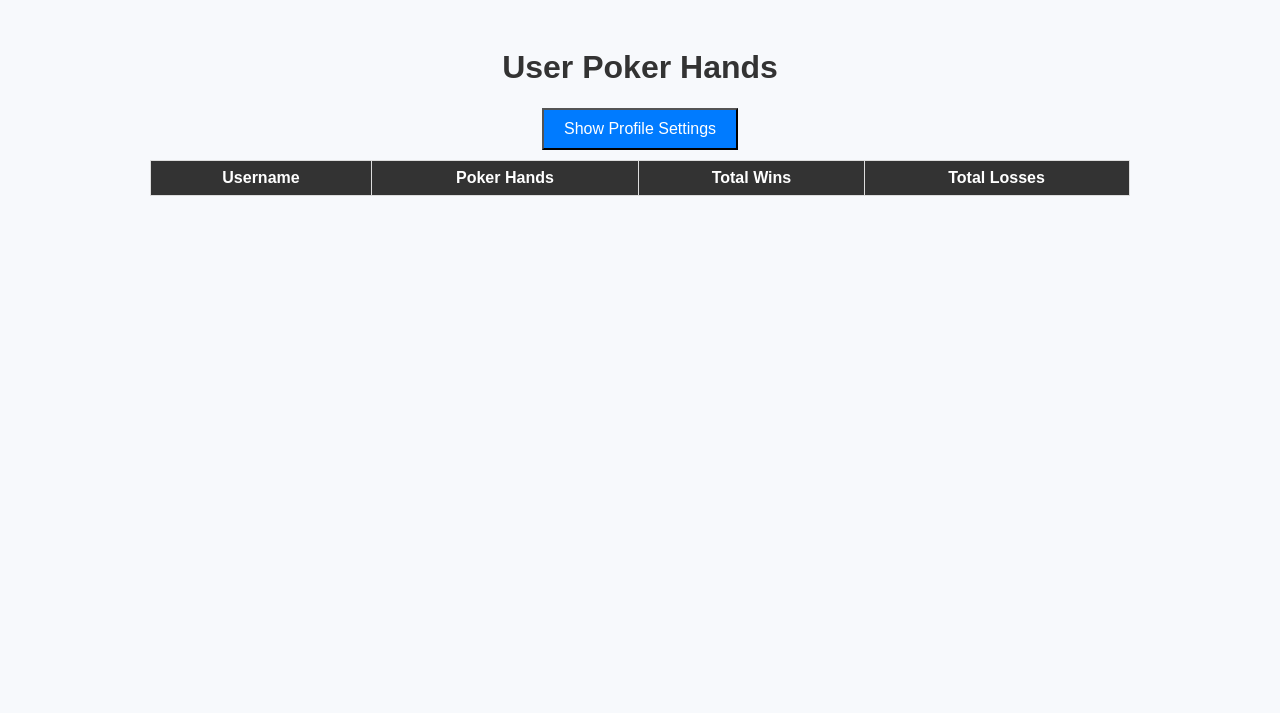
Repository: KidBillionaire/newapp
Page: public/index.html
The author's editor kept a copy of each file at every save. The page is drawn from the files as they stood at one save, then again after the next save.
The browser window is 1280 px wide. The pictures show the whole page.
The page's requests for data from a server got no answer.

Above is the page before, as saved 2024-10-10 16:05:41.

### public/index.html
<!DOCTYPE html>
<html lang="en">
<head>
  <meta charset="UTF-8">
  <meta name="viewport" content="width=device-width, initial-scale=1.0">
  <title>User Poker Hands</title>
  <link rel="stylesheet" href="styles.css"> <!-- Link to the external CSS file -->
  <script defer src="/js/app.js"></script> <!-- Link to frontend JS -->
</head>
<body>
  <h1>User Poker Hands</h1>

  <!-- Add a new button to show profile settings -->
  <button id="profileSettingsButton">Show Profile Settings</button>

  <!-- Table to display user data -->
  <table id="userTable" border="1">
    <thead>
      <tr>
        <th>Username</th>
        <th>Poker Hands</th>
        <th>Total Wins</th>
        <th>Total Losses</th>
      </tr>
    </thead>
    <tbody></tbody> <!-- This will be filled dynamically -->
  </table>

  <!-- Profile Settings Section (Initially Hidden) -->
  <div id="profileSettings" class="hidden">
    <h2>Profile Settings</h2>
    <form id="profileForm">
      <label for="newUsername">New Username:</label>
      <input type="text" id="newUsername" placeholder="Enter new username">
      <br><br>

      <label for="profilePicture">Profile Picture URL:</label>
      <input type="text" id="profilePicture" placeholder="Enter picture URL">
      <br><br>

      <label for="totalWins">Total Wins:</label>
      <input type="number" id="totalWins" placeholder="Total Wins">
      <br><br>

      <label for="totalLosses">Total Losses:</label>
      <input type="number" id="totalLosses" placeholder="Total Losses">
      <br><br>

      <button type="submit">Save Changes</button>
    </form>
  </div>
</body>
</html>

### public/styles.css
body {
    font-family: Arial, sans-serif;
    background-color: #f7f9fc;
    padding: 20px;
}

h1 {
    text-align: center;
    color: #333;
}

#userTable {
    width: 80%;
    margin: 0 auto;
    border-collapse: collapse;
}

#userTable th,
#userTable td {
    border: 1px solid #ddd;
    padding: 8px;
    text-align: center;
}

#userTable th {
    background-color: #333;
    color: white;
}

button {
    display: block;
    margin: 10px auto;
    padding: 10px 20px;
    font-size: 16px;
    cursor: pointer;
}

button:hover {
    background-color: #555;
    /* Darker background */
    color: #fff;
    /* White text */
}


.montserrat-title {
    font-family: 'Montserrat', sans-serif;
    font-weight: 700;
    /* strong title font */
}

.montserrat-body {
    font-family: 'Montserrat', sans-serif;
    font-weight: 400;
    /* normal body font */
}

.container {
    display: flex;
    justify-content: space-around;
    align-items: center;
}

:root {
    --primary-color: #333;
    --secondary-color: #007BFF;
    --background: #f7f9fc;
}

body {
    background: var(--background);
    color: var(--primary-color);
}

button {
    background-color: var(--secondary-color);
    color: white;
}

/* Profile Settings Section */
#profileSettings {
    margin: 20px auto;
    width: 50%;
    border: 1px solid #ddd;
    padding: 20px;
    background-color: #fff;
    box-shadow: 0 0 10px rgba(0, 0, 0, 0.1);
}

.hidden {
    display: none;
}

#profileSettings label {
    display: inline-block;
    width: 150px;
}

#profileSettings input {
    width: calc(100% - 160px);
    padding: 8px;
    margin: 8px 0;
}

#profileSettings button {
    width: 100%;
    padding: 10px;
    background-color: #333;
    color: white;
    border: none;
    cursor: pointer;
}

### public/js/app.js
document.addEventListener('DOMContentLoaded', () => {
  async function fetchUserData() {
    try {
      const response = await fetch('/users');
      const users = await response.json();
      const tableBody = document.querySelector('#userTable tbody');
      tableBody.innerHTML = ''; // Clear any previous content

      users.forEach(user => {
        const row = document.createElement('tr');
        row.innerHTML = `
          <td>${user.username}</td>
          <td>${user.pokerHands.map(hand => `${hand.hand} (${hand.result})`).join(', ')}</td>
          <td>${user.totalWins}</td>
          <td>${user.totalLosses}</td>
        `;
        tableBody.appendChild(row);
      });
    } catch (error) {
      console.error('Error fetching user data:', error);
    }
  }

  // Handle Reload Data Button
  const reloadButton = document.getElementById('profileSettingsButton');
  reloadButton.addEventListener('click', () => {
    const profileSettingsDiv = document.getElementById('profileSettings');
    profileSettingsDiv.classList.toggle('hidden'); // Toggle visibility
  });

  // Handle Profile Form Submission
  const profileForm = document.getElementById('profileForm');
  profileForm.addEventListener('submit', async (event) => {
    event.preventDefault();

    const newUsername = document.getElementById('newUsername').value;
    const profilePicture = document.getElementById('profilePicture').value;
    const totalWins = document.getElementById('totalWins').value;
    const totalLosses = document.getElementById('totalLosses').value;

    const updatedUser = {
      username: newUsername,
      profilePicture: profilePicture, // New field
      totalWins: parseInt(totalWins),
      totalLosses: parseInt(totalLosses),
    };

    try {
      const response = await fetch('/users', {
        method: 'POST',
        headers: { 'Content-Type': 'application/json' },
        body: JSON.stringify(updatedUser),
      });

      if (response.ok) {
        console.log('User updated successfully!');
        fetchUserData(); // Reload the data after updating
      } else {
        console.error('Failed to update user');
      }
    } catch (error) {
      console.error('Error updating user:', error);
    }

    // Clear the form
    profileForm.reset();
  });

  // Fetch the initial data when the page loads
  fetchUserData();
});

After the next save:
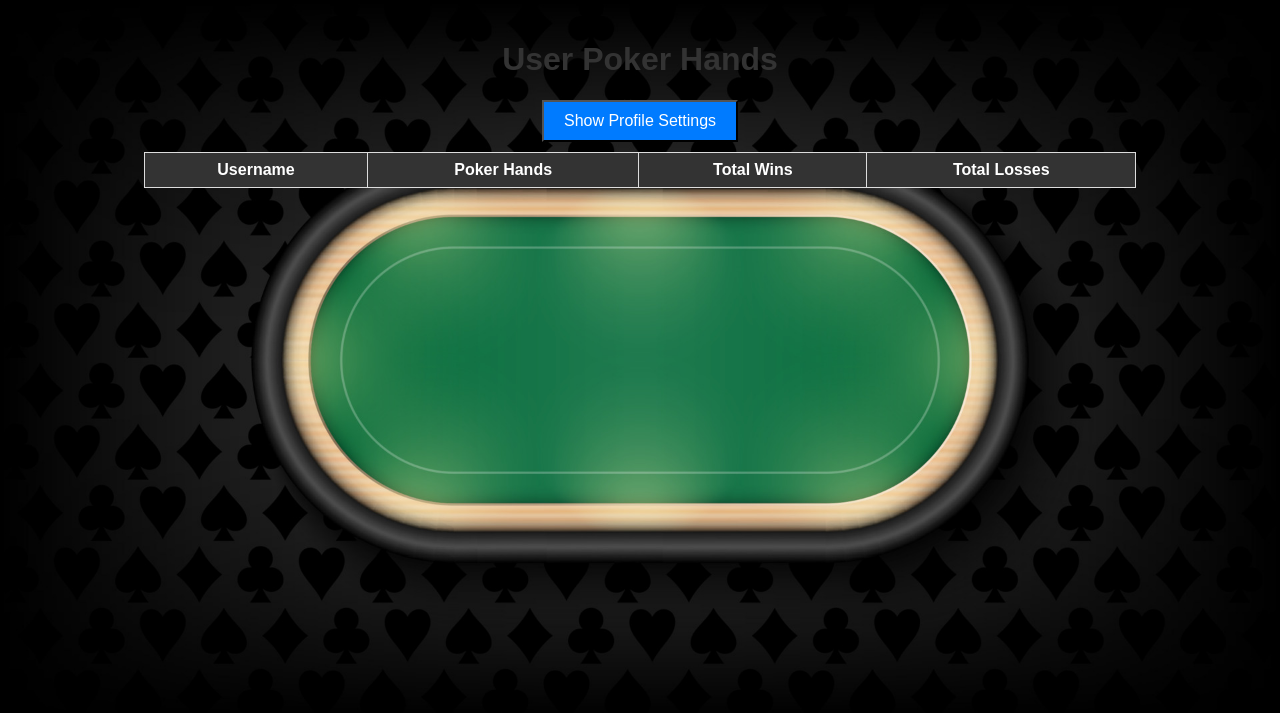
Saved 4 min 48 s later.
--- a/public/styles.css
+++ b/public/styles.css
@@ -110,3 +110,13 @@ button {
     border: none;
     cursor: pointer;
 }
+body {
+    font-family: Arial, sans-serif;
+    background-image: url('images/vecteezy_poker-table-green-cloth-on-dark-background-vector-illustration_6325236.jpg');
+    background-size: cover; /* Scale the image to cover the entire background */
+    background-repeat: no-repeat; /* Prevent the image from repeating */
+    background-position: center; /* Center the background image */
+    background-attachment: fixed; /* Fix the background so it doesn’t move when scrolling */
+    padding: 20px;
+    margin: 0;
+  }

After the 2 saves that followed:
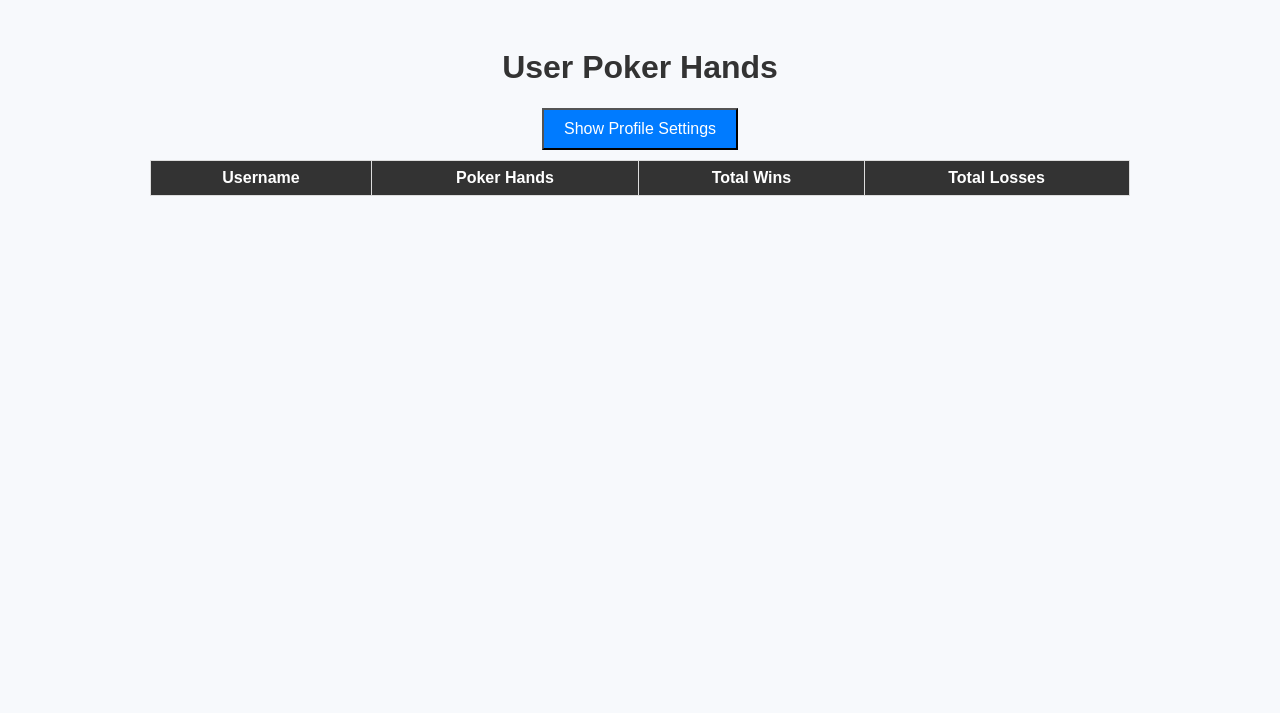
The 2 saves are shown as one change because 1 left the picture as it was.
The last was saved 43 s later.
--- a/public/styles.css
+++ b/public/styles.css
@@ -110,13 +110,3 @@ button {
     border: none;
     cursor: pointer;
 }
-body {
-    font-family: Arial, sans-serif;
-    background-image: url('images/vecteezy_poker-table-green-cloth-on-dark-background-vector-illustration_6325236.jpg');
-    background-size: cover; /* Scale the image to cover the entire background */
-    background-repeat: no-repeat; /* Prevent the image from repeating */
-    background-position: center; /* Center the background image */
-    background-attachment: fixed; /* Fix the background so it doesn’t move when scrolling */
-    padding: 20px;
-    margin: 0;
-  }
